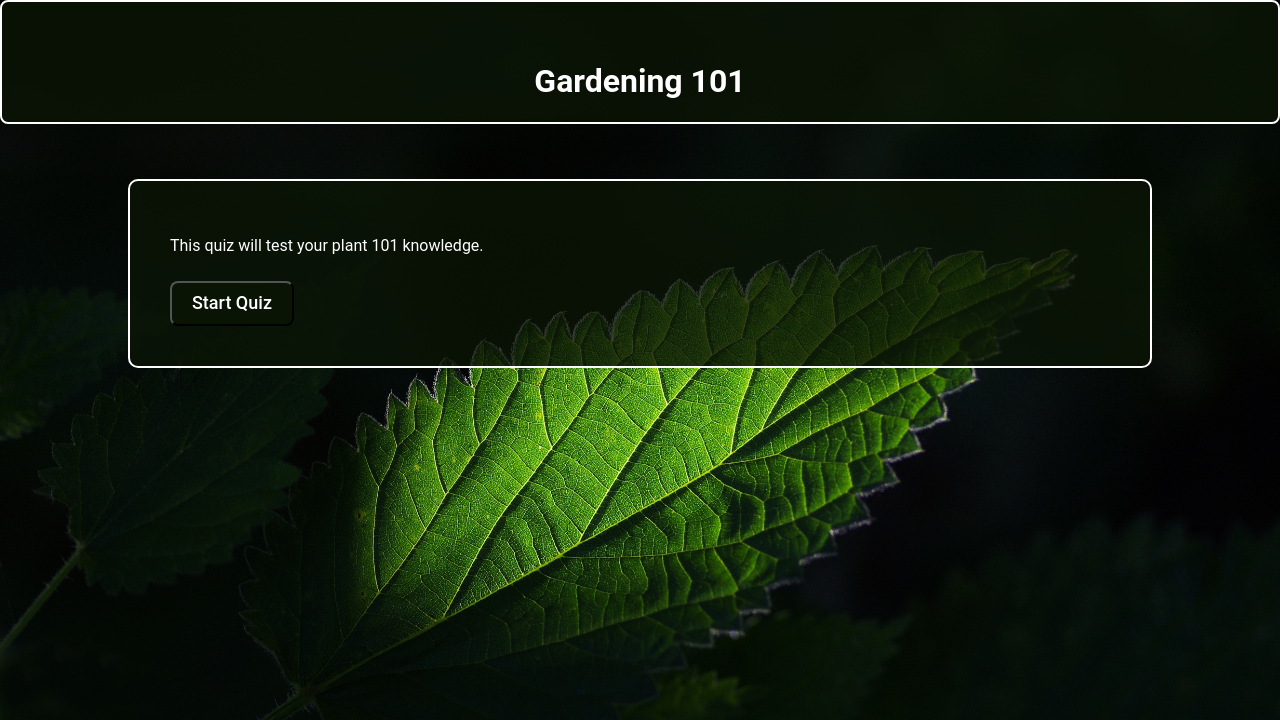
Repository: kaitlynMidori/gardening101
Page: index.html
The author's editor kept a copy of each file at every save. The page is drawn from the files as they stood at one save, then again after the next save.
The browser window is 1280 px wide. The pictures show the whole page.

Above is the page before, as saved 2021-06-10 14:00:42.

After the next save:
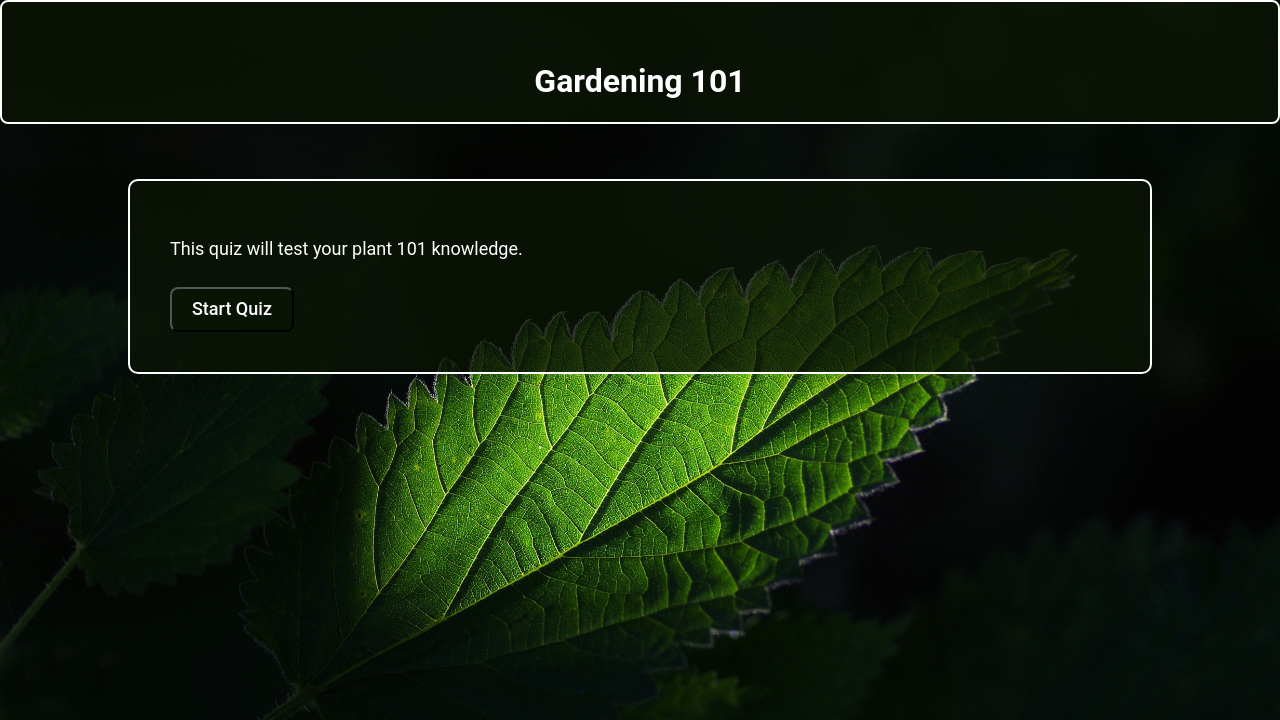
Saved 31 s later.
--- a/app.css
+++ b/app.css
@@ -10,6 +10,10 @@
 
 * {
     box-sizing: border-box;
+}
+
+p {
+    font-size: 18px;
 }
 
 
